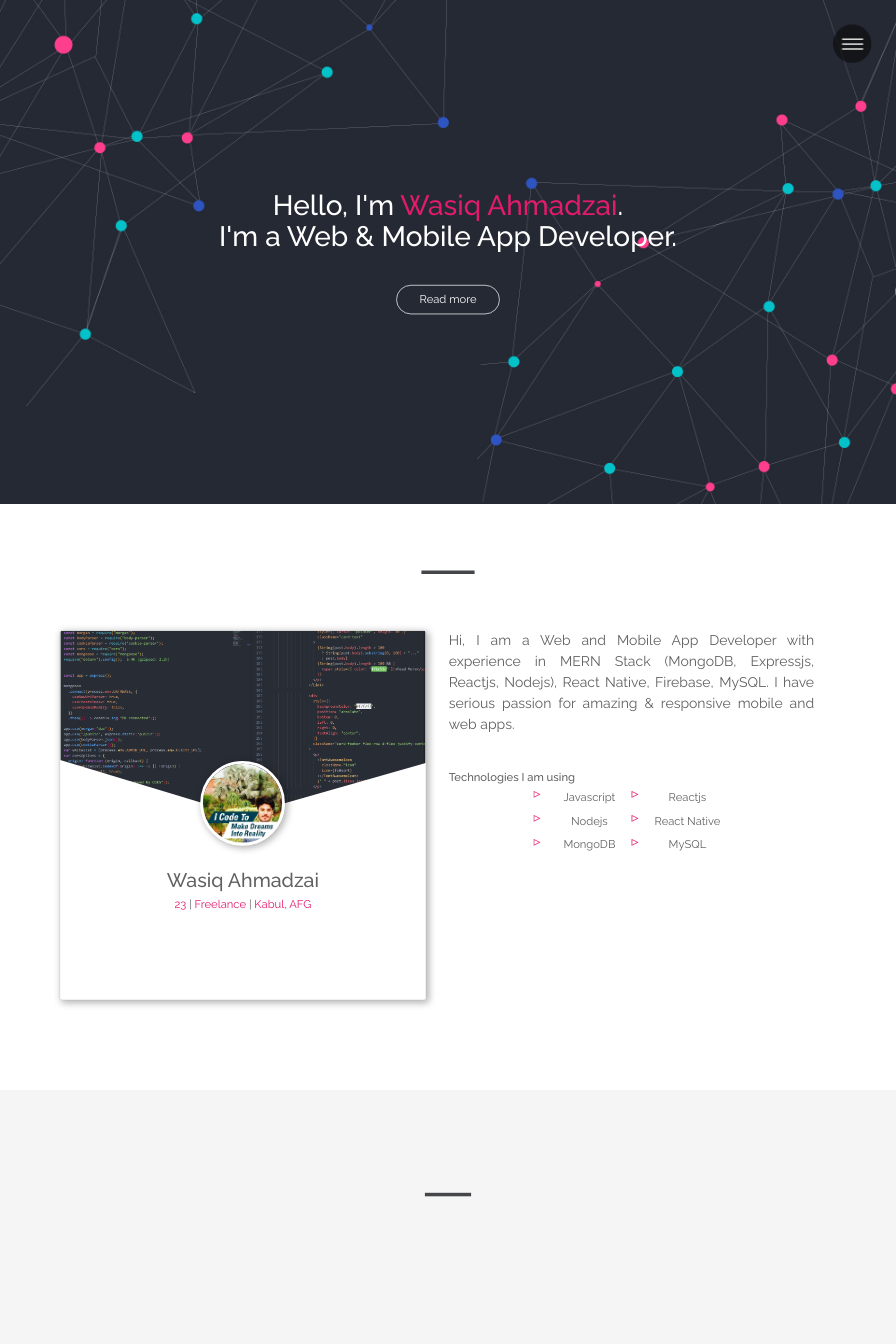
Repository: wasiqkhan/wasiqkhan.github.io
Page: index.html
These files come from the project's save history. The page is drawn as it stood at one moment and after a run of saves; the edit follows.
The browser window is 1280 px wide. The pictures show the part of the page from y = 0 to 1920 px (the page is 5002 px tall), at 70% of full size.
Some web fonts or font styles are not loaded; a fallback is used.

Above is the page before, as saved 2020-11-06 17:26:42.
Not found: js/all.js
Not found: js/app.js
Not found: js/particles.js

After the next 2 saves:
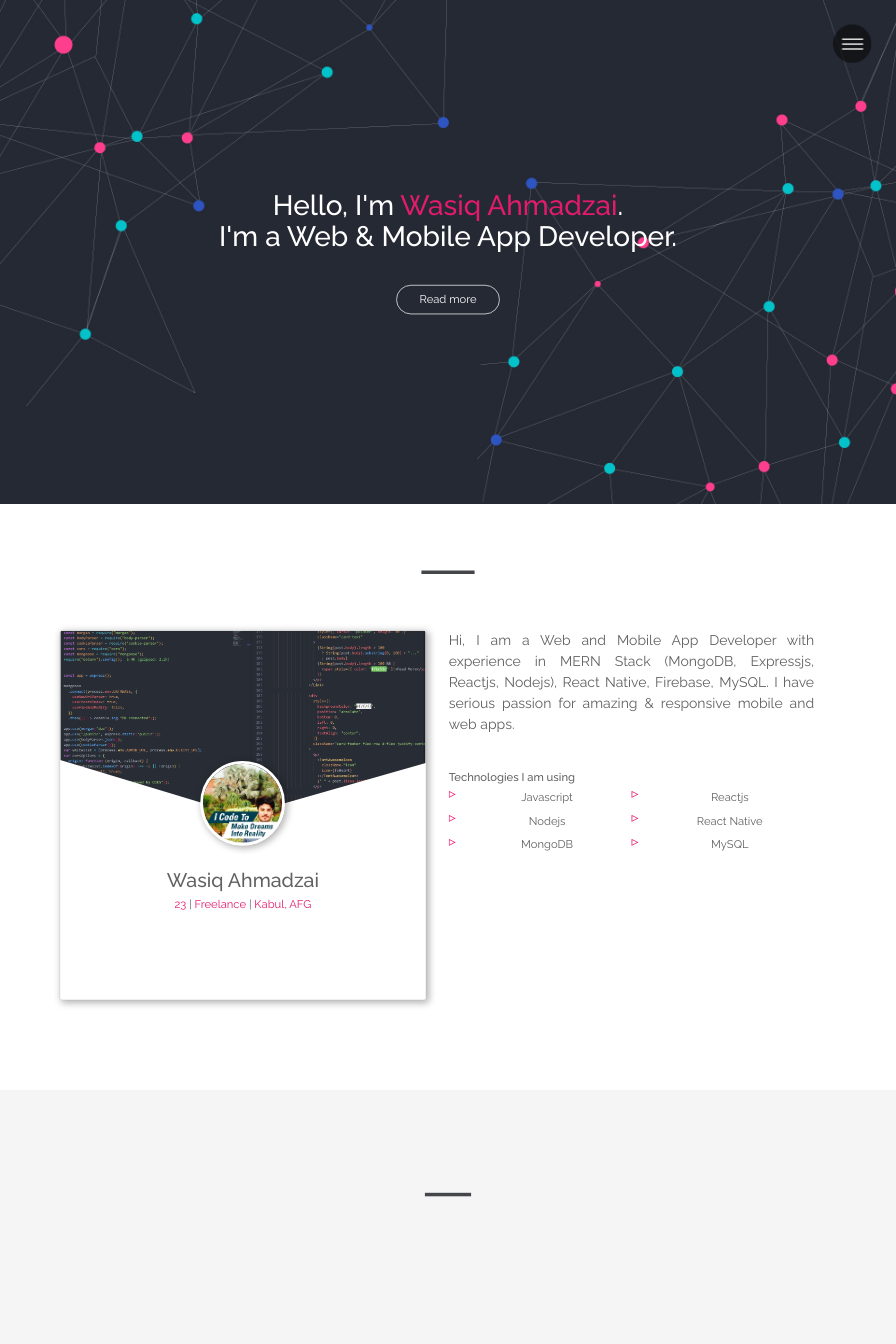
The 2 saves are shown as one change because they came seconds apart.
The last was saved 9 s later.
--- a/css/style.css
+++ b/css/style.css
@@ -463,7 +463,7 @@ a {
 }
 .skill-set {
   display: grid;
-  grid-template-columns: repeat(2, minmax(140px, 140px));
+  grid-template-columns: repeat(2, minmax(140px, 400px));
   padding: 0px;
   margin: auto;
   overflow: hidden;
